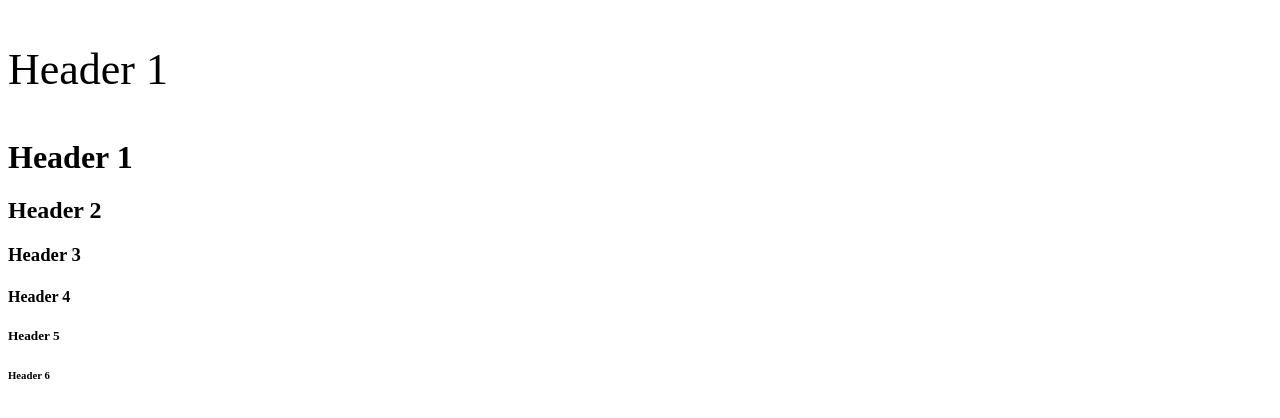
Repository: soso1525/bitcamp
Page: workspace/java-web/src/main/webapp/ch2/2-3.html
The author's editor kept a copy of each file at every save. The page is drawn from the files as they stood at one save, then again after the next save.
The browser window is 1280 px wide. The pictures show the whole page.

Above is the page before, as saved 2017-12-12 03:54:02.

### workspace/java-web/src/main/webapp/ch2/2-3.html
<!DOCTYPE html>
<html>
<head>
    <title>HTML5 + CSS3 Text</title>
</head>
<body>
    <p style="font-size: 44px;">Header 1</p>
    <h1>Header 1</h1>
    <h2>Header 2</h2>
    <h3>Header 3</h3>
    <h4>Header 4</h4>
    <h5>Header 5</h5>
    <h6>Header 6</h6>
</body>
</html>

After the next save:
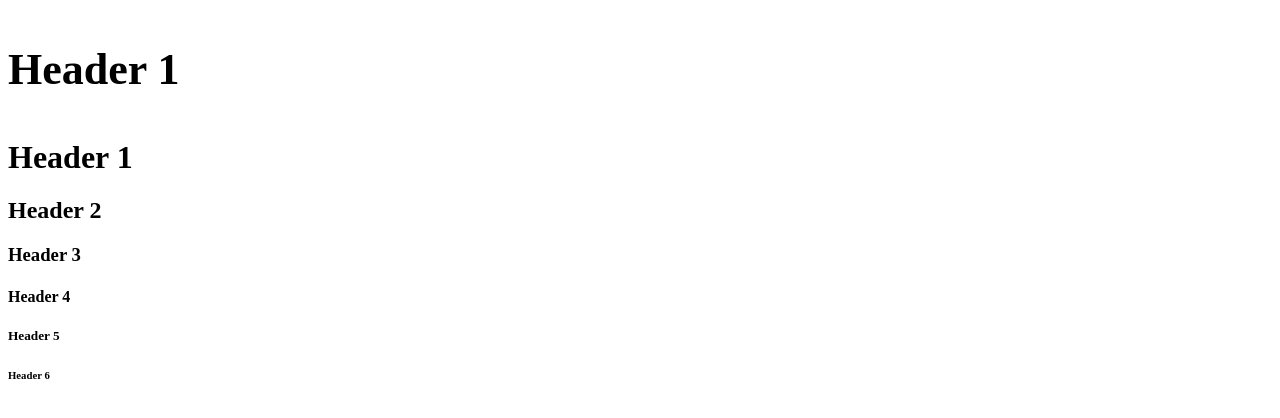
Saved 18 s later.
--- a/workspace/java-web/src/main/webapp/ch2/2-3.html
+++ b/workspace/java-web/src/main/webapp/ch2/2-3.html
@@ -4,7 +4,7 @@
     <title>HTML5 + CSS3 Text</title>
 </head>
 <body>
-    <p style="font-size: 44px;">Header 1</p>
+    <p style="font-size: 44px; font-weight:bold;">Header 1</p>
     <h1>Header 1</h1>
     <h2>Header 2</h2>
     <h3>Header 3</h3>
